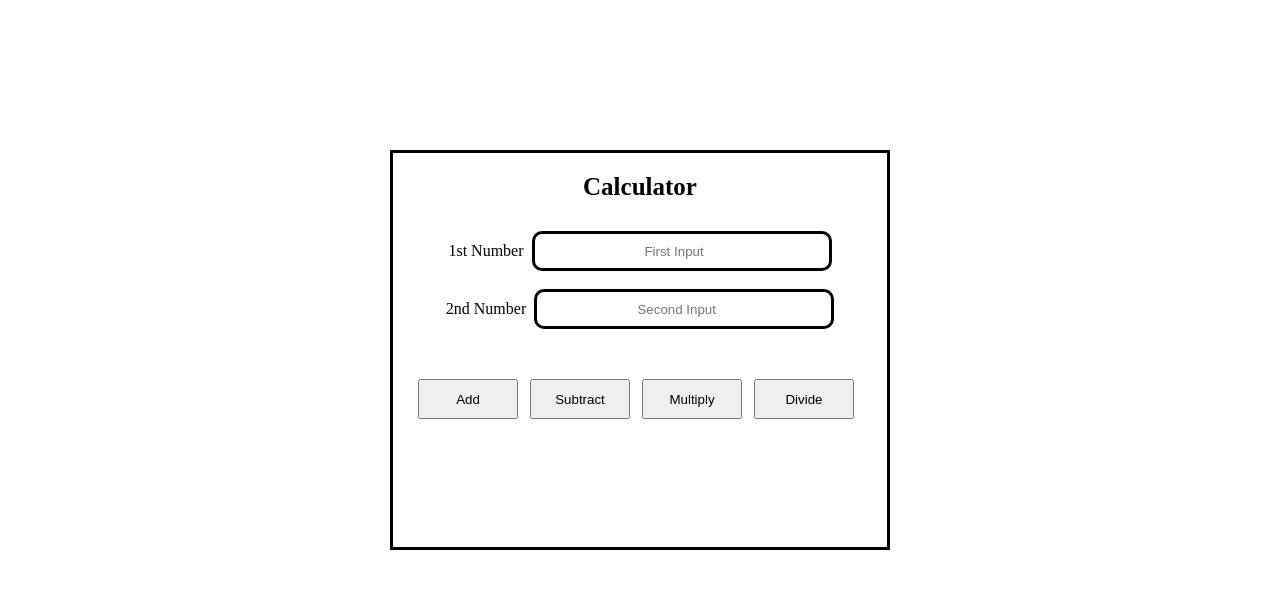
Repository: Shreyash1107/Intern_Projects
Page: Calculator/src/main/webapp/Calculator.html
An editor plug-in stored every save of this project. The page is shown before and after the next save, followed by the edit.
The browser window is 1280 px wide. The pictures show the whole page.

Above is the page before, as saved 2024-07-03 10:46:10.

After the next save:
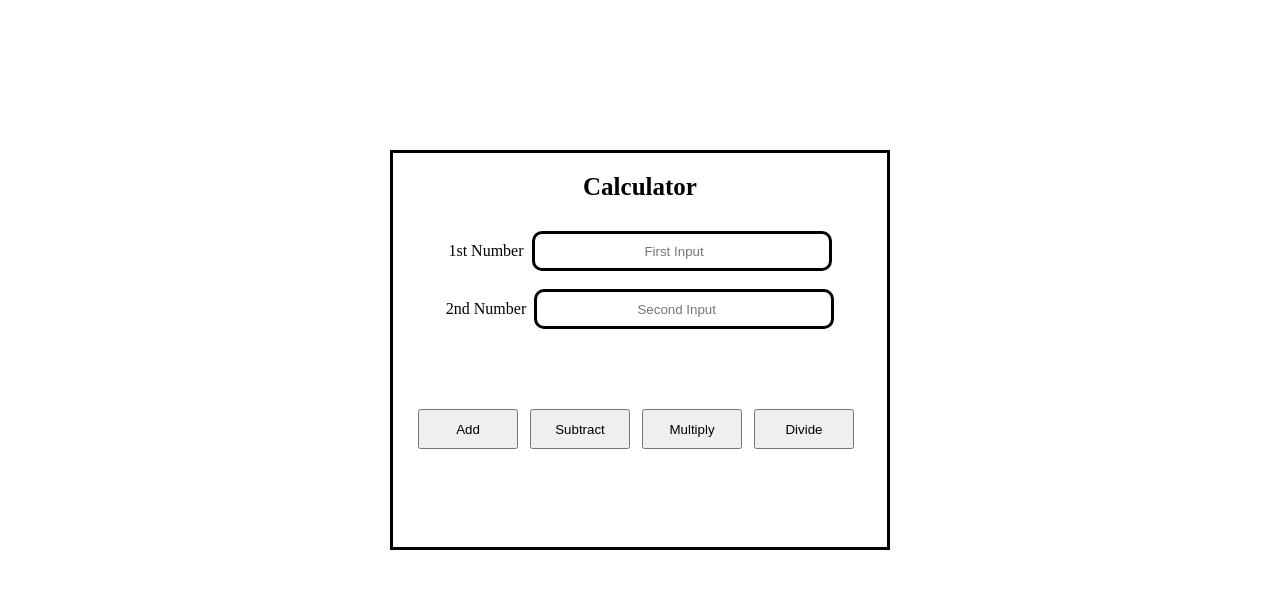
Saved 9 s later.
--- a/Calculator/src/main/webapp/style.css
+++ b/Calculator/src/main/webapp/style.css
@@ -23,7 +23,7 @@
 }
 .Result
 {
-	padding-top: 50px;
+	padding-top: 80px;
 }
 .container tr td
 {
